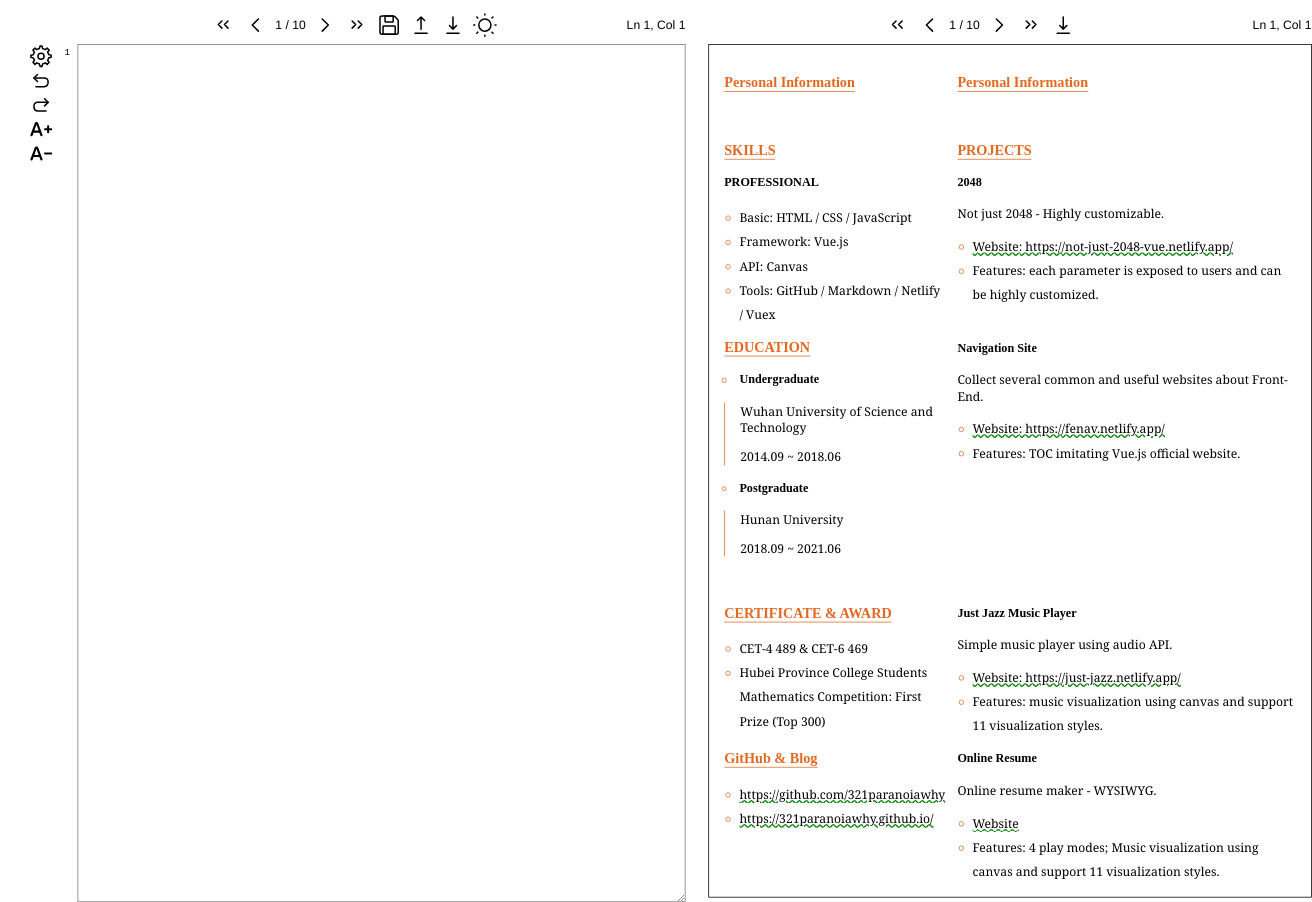
Repository: 321paranoiawhy/online-resume
Page: /
These files come from the project's save history. The page is drawn as it stood at one moment and after the next save; the edit follows.
The browser window is 1280 px wide. The page is 1726 px wide, so the pictures cover 1726 px, including what lies to the right of the window. The pictures show the whole page, at 76% of full size.
The project was rebuilt for these pictures with package versions that can differ from the ones it lists, and the page was loaded fresh each time. Also part of the build but not shown: vue.config.js, src/components/Header.vue, src/components/Introduction.vue, src/components/Footer.vue.

Above is the page before, as saved 2022-06-08 18:01:57.

After the next save:
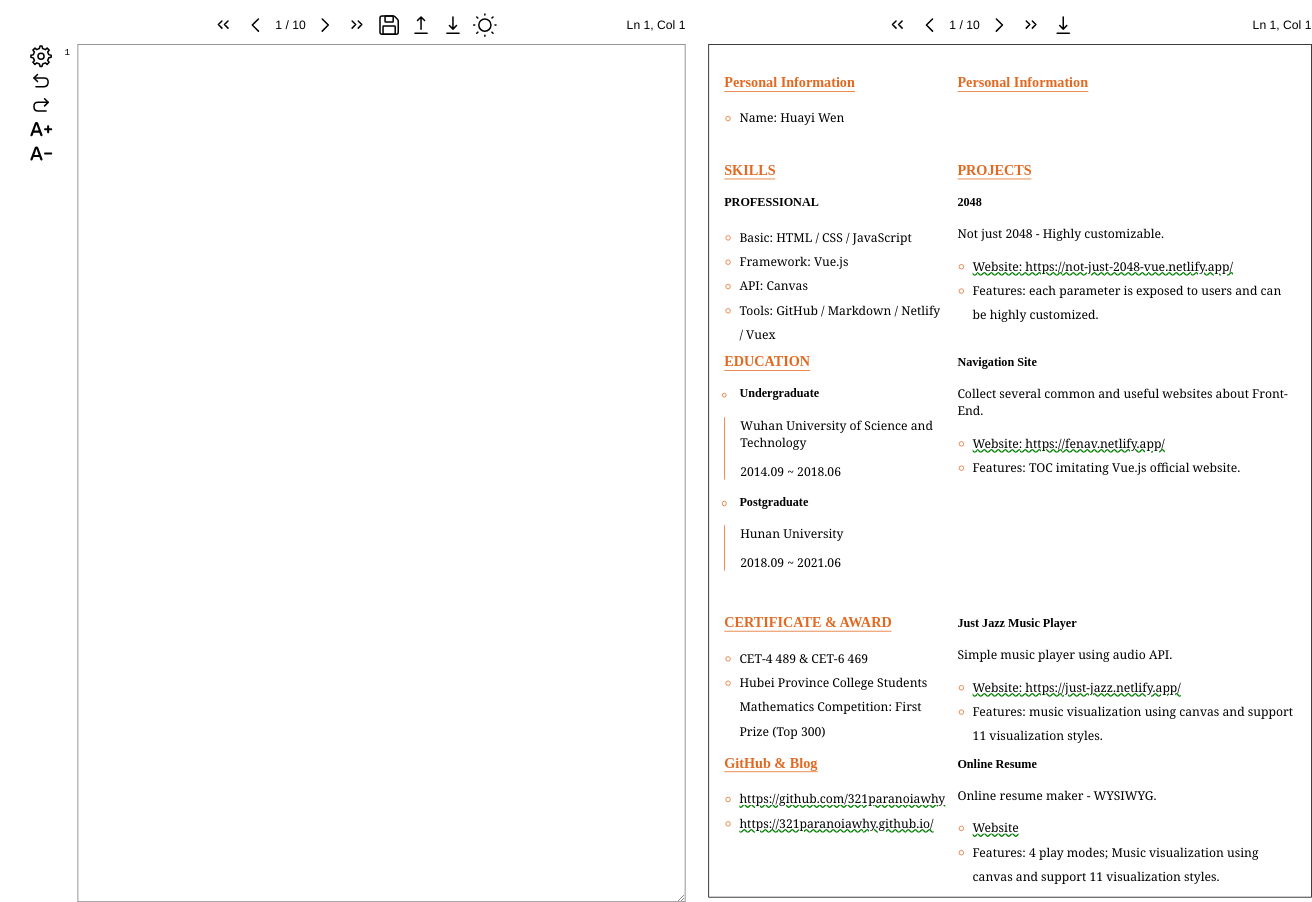
Saved 18 s later.
--- a/src/components/testTemplateEN.vue
+++ b/src/components/testTemplateEN.vue
@@ -2,6 +2,9 @@
     <div class="grid">
         <div>
             <h3>Personal Information</h3>
+            <ul>
+                <li>Name: Huayi Wen</li>
+            </ul>
         </div>
         <div>
             <h3>Personal Information</h3>
